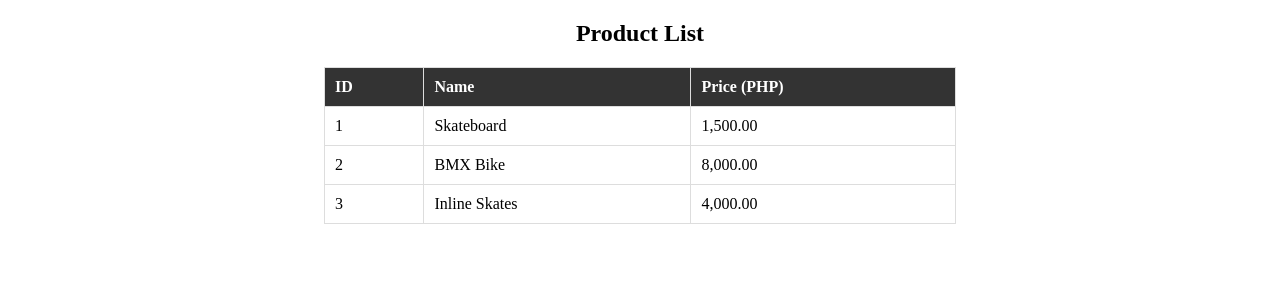
Repository: KharonKade/TOGANA_Midterm_Exam_Application
Page: http://localhost/products
These files come from the project's save history. The page is drawn as it stood at one moment and after the next save; the edit follows.
The browser window is 1280 px wide. The pictures show the whole page.
The page is served by the project's Laravel application, run on PHP 8.4 with Laravel 12. Other server files are loaded and not shown.

Above is the page before, as saved 2025-02-24 21:12:15.

### routes/web.php
<?php

use App\Http\Controllers\ProductController;
use Illuminate\Support\Facades\Route;

Route::get('/', function () {
    return view('welcome');
});

Route::get('/products', [ProductController::class, 'index']);

### app/Http/Controllers/ProductController.php
<?php

namespace App\Http\Controllers;

use Illuminate\Http\Request;
use App\Models\Product;

class ProductController extends Controller
{
    public function index()
    {
        $products = Product::all();
        return view('products.index', compact('products'));
    }
}

### app/Models/Product.php
<?php

namespace App\Models;

use Illuminate\Database\Eloquent\Model;

class Product
{
    public static function all()
    {
        return [
            ['id' => 1, 'name' => 'Skateboard', 'price' => 1500],
            ['id' => 2, 'name' => 'BMX Bike', 'price' => 8000],
            ['id' => 3, 'name' => 'Inline Skates', 'price' => 4000]
        ];
    }
}

### resources/views/products/index.blade.php
<!DOCTYPE html>
<html lang="en">
<head>
    <meta charset="UTF-8">
    <meta name="viewport" content="width=device-width, initial-scale=1.0">
    <title>Product List</title>
    <style>
        table { width: 50%; border-collapse: collapse; margin: 20px auto; }
        th, td { border: 1px solid #ddd; padding: 10px; text-align: left; }
        th { background-color: #333; color: white; }
    </style>
</head>
<body>
    <h2 style="text-align: center;">Product List</h2>
    <table>
        <thead>
            <tr>
                <th>ID</th>
                <th>Name</th>
                <th>Price (PHP)</th>
            </tr>
        </thead>
        <tbody>
            @foreach ($products as $product)
                <tr>
                    <td>{{ $product['id'] }}</td>
                    <td>{{ $product['name'] }}</td>
                    <td>{{ number_format($product['price'], 2) }}</td>
                </tr>
            @endforeach
        </tbody>
    </table>
</body>
</html>

Loaded but not shown: app/Http/Controllers/Controller.php (common file)

After the next save:
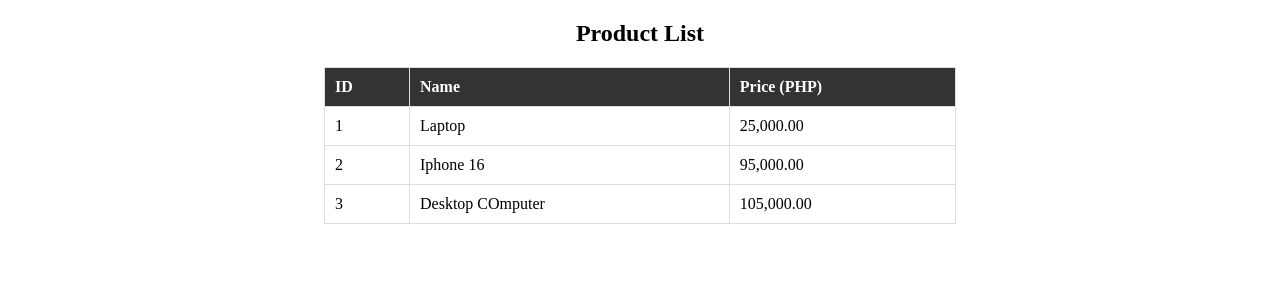
Saved 4 min 49 s later.
--- a/app/Models/Product.php
+++ b/app/Models/Product.php
@@ -9,9 +9,9 @@ class Product
     public static function all()
     {
         return [
-            ['id' => 1, 'name' => 'Skateboard', 'price' => 1500],
-            ['id' => 2, 'name' => 'BMX Bike', 'price' => 8000],
-            ['id' => 3, 'name' => 'Inline Skates', 'price' => 4000]
+            ['id' => 1, 'name' => 'Laptop', 'price' => 25000],
+            ['id' => 2, 'name' => 'Iphone 16', 'price' => 95000],
+            ['id' => 3, 'name' => 'Desktop COmputer', 'price' => 105000]
         ];
     }
 }
